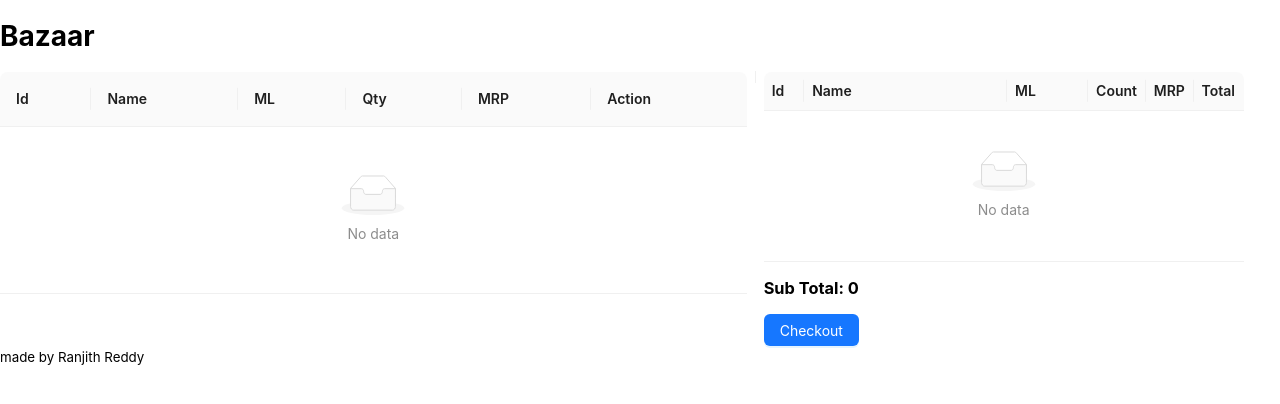
Repository: rxg8255/bazaar
Page: /
An editor plug-in stored every save of this project. The page is shown before and after the next save, followed by the edit.
The browser window is 1280 px wide. The pictures show the whole page.
The page's requests for data from a server got no answer. The project was rebuilt for these pictures with package versions that can differ from the ones it lists, and the page was loaded fresh each time. No one was signed in, and anything a server would have sent is missing. Also part of the build but not shown: src/App.css, src/Child.js, src/Parent.js.

Above is the page before, as saved 2024-01-29 12:51:41.

### src/index.js
import React from "react";
import ReactDOM from "react-dom/client";
import "./index.css";
import App from "./App";
import reportWebVitals from "./reportWebVitals";
import Parent from "./Parent";

const root = ReactDOM.createRoot(document.getElementById("root"));
root.render(
  <React.StrictMode>
    <App />
  </React.StrictMode>
);

// If you want to start measuring performance in your app, pass a function
// to log results (for example: reportWebVitals(console.log))
// or send to an analytics endpoint. Learn more: https://bit.ly/CRA-vitals
reportWebVitals();

### src/App.js
import Cart from "./Cart";
import "./App.css";
import Product from "./Products";
import { Row, Col, Divider } from "antd";
import React, { useState } from "react";
import Parent from "./Parent";

function App() {
  const [items, setItems] = useState([]);
  const [subTotal, setSubTotal] = useState(0.0);

  const addData = (item) => {
    setItems((prevItems) => {
      // Check if the item already exists in the array
      const exists = prevItems.some((prevItem) => prevItem.key === item.key);

      // If it exists, return a new array with the updated count of the item
      if (exists) {
        return prevItems.map((prevItem) => {
          // Check if the available quantity is less than the desired count
          if (prevItem.available < prevItem.count + 1) {
            // Throw an alert with a message
            return prevItem.key === item.key
              ? { ...prevItem, count: prevItem.count }
              : prevItem;
          }
          setSubTotal(parseFloat(item.mrp_price) + subTotal);
          return prevItem.key === item.key
            ? {
                ...prevItem,
                count: prevItem.count + 1,
                total_price: (prevItem.count + 1) * prevItem.mrp_price,
              }
            : prevItem;
        });
      } else {
        item.count = 1;
        item.total_price = item.mrp_price;
        setSubTotal(parseFloat(item.mrp_price) + subTotal);
      }

      // If it does not exist, return a new array with the item added
      return [...prevItems, item];
    });

    console.log("You added item:", item);
    // setItems([...items, item]);
    console.log("Cart data after adding item", items);
  };

  return (
    <div className="container">
      <Row>
        <Col span={24}>
          <h1>Bazaar</h1>
        </Col>
      </Row>
      <Row>
        <Col span={14}>
          <Product onData={addData} />
        </Col>
        <Divider type="vertical" />
        {/* <Col span={1}></Col> */}
        <Col span={9}>
          <Cart cartListData={items} subTotal={subTotal} />
        </Col>
      </Row>
      <footer>
        <small>made by Ranjith Reddy</small>
      </footer>
    </div>
  );
}

export default App;

### src/Cart.js
import React from "react";
import { Table, Button } from "antd";

function Cart({ cartListData, subTotal }) {
  const columns = [
    {
      title: "Id",
      dataIndex: "key",
      width: 40,
      fixed: "left",
    },
    {
      title: "Name",
      dataIndex: "name",
      width: 200,
      fixed: "left",
    },
    {
      title: "ML",
      dataIndex: "quantity",
      width: 80,
      fixed: "left",
    },
    {
      title: "Count",
      dataIndex: "count",
      width: 40,
      fixed: "left",
    },
    {
      title: "MRP",
      dataIndex: "mrp_price",
      width: 40,
      fixed: "left",
    },
    {
      title: "Total",
      dataIndex: "total_price",
      width: 40,
      fixed: "left",
    },
  ];

  // const [cartState, setCartState] = useState(cartListData);
  // useEffect(() => {
  //   console.log("Cart state changed");
  //   setCartState(cartListData);
  // }, [cartListData]);

  const checkOut = (item) => {
    console.log("Bill and set database", cartListData);
  };

  return (
    <div>
      <Table columns={columns} dataSource={cartListData} size="small" />
      <h3>Sub Total: {subTotal}</h3>
      <Button type="primary" onClick={() => checkOut(1)}>
        Checkout
      </Button>
    </div>
  );
}

export default Cart;

### src/Products.js
import React, { useState, useEffect } from "react";
import axios from "axios";
import { Table, Button } from "antd";
import { PlusCircleFilled } from "@ant-design/icons";

function Product(props) {
  const columns = [
    {
      title: "Id",
      dataIndex: "key",
    },
    {
      title: "Name",
      dataIndex: "name",
    },
    {
      title: "ML",
      dataIndex: "quantity",
    },
    {
      title: "Qty",
      dataIndex: "available",
    },
    {
      title: "MRP",
      dataIndex: "mrp_price",
    },
    {
      title: "Action",
      key: "action",
      render: (text, record, index) => (
        <Button onClick={() => handleButtonClick(record)}>
          Add <PlusCircleFilled />
        </Button>
      ),
    },
  ];

  const [data, setData] = useState([]);

  const handleButtonClick = (record) => {
    console.log("You clicked the button with data", record);
    props.onData(record);
  };

  useEffect(() => {
    const fetchData = async () => {
      // Try to get the data from the API endpoint
      try {
        // Use axios.get to make a GET request with the URL
        const response = await axios.get(
          "http://127.0.0.1:8000/api/inventory/"
        );
        // Set the data state with the response data
        setData(response.data);
      } catch (error) {
        console.error(error);
      }
    };
    fetchData();
  }, []);

  return (
    <div>
      <Table columns={columns} dataSource={data} />
    </div>
  );
}

export default Product;

### src/Receipt.js
import React, { useState } from "react";
import { Button, Modal } from "antd";
const Receipt = () => {
  const [isModalOpen, setIsModalOpen] = useState(false);
  const showModal = () => {
    setIsModalOpen(true);
  };
  const handleOk = () => {
    setIsModalOpen(false);
  };
  const handleCancel = () => {
    setIsModalOpen(false);
  };
  return (
    <>
      <Button type="primary" onClick={showModal}>
        Open Modal
      </Button>
      <Modal
        title="Bazaar Receipt"
        open={isModalOpen}
        onOk={handleOk}
        onCancel={handleCancel}
      >
        <p>Some contents...</p>
        <p>Some contents...</p>
        <p>Some contents...</p>
      </Modal>
    </>
  );
};
export default Receipt;

Loaded but not shown: public/index.html (common file); src/index.css (common file); src/reportWebVitals.js (common file)

After the next save:
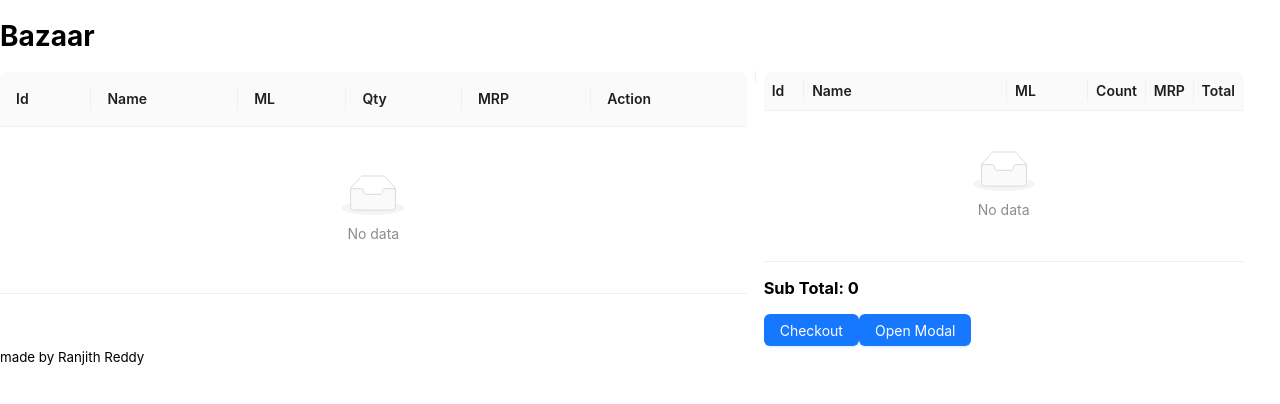
Saved 10 h 9 min later.
--- a/src/Cart.js
+++ b/src/Cart.js
@@ -1,5 +1,6 @@
 import React from "react";
 import { Table, Button } from "antd";
+import Receipt from "./Receipt";
 
 function Cart({ cartListData, subTotal }) {
   const columns = [
@@ -58,6 +59,7 @@ function Cart({ cartListData, subTotal }) {
       <Button type="primary" onClick={() => checkOut(1)}>
         Checkout
       </Button>
+      <Receipt />
     </div>
   );
 }
